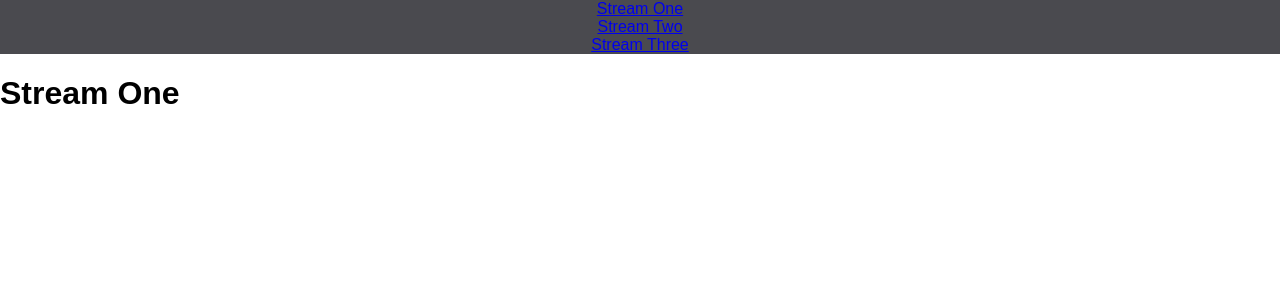
Repository: jessezauka/My-Second-Page
Page: stream-one.html
The author's editor kept a record of every edit. The page is drawn from the files as they stood at one moment, then again after the next edit.
The browser window is 1280 px wide. The pictures show the whole page.

Above is the page before.

### stream-one.html
<html>
    <head>
        <title>Hello World</title>
        <link href="css/style.css" rel="stylesheet" type="text/css">
    </head>
    <body>
        <nav>
            <ul>
                <li><a href="stream-one.html">Stream One</a></li>
                <li><a href="stream-two.html">Stream Two</a></li>
                <li><a href="stream-three.html">Stream Three</a></li>
            </ul>
        </nav>
        <h1>Stream One</h1>
        <div class="card">
            <a href="https://en.wikipedia.org/wiki/HTML5">

            <h2></h2>
            </a>
        </div>
    </body>
</html>

### css/style.css
body {
    margin: 0;
    padding: 0;
    font-family: 'Oswald', sans-serif;
}
    nav ul {
        list-style: none;
        background-color: #4a4a4f;
        text-align: center;
        margin: 0;
        padding: 0;
}

nac li {
    font-size: 1.2em;
    line-height: 40px;
    height: 40px;
    display: inline-block;
    margin-left: 2.5%;
}

After the next edit:
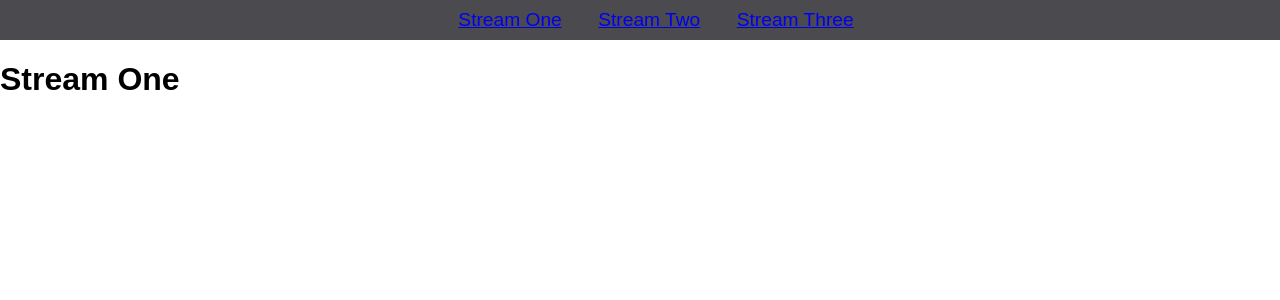
The edit:
--- a/css/style.css
+++ b/css/style.css
@@ -11,7 +11,7 @@
         padding: 0;
 }
 
-nac li {
+nav li {
     font-size: 1.2em;
     line-height: 40px;
     height: 40px;
